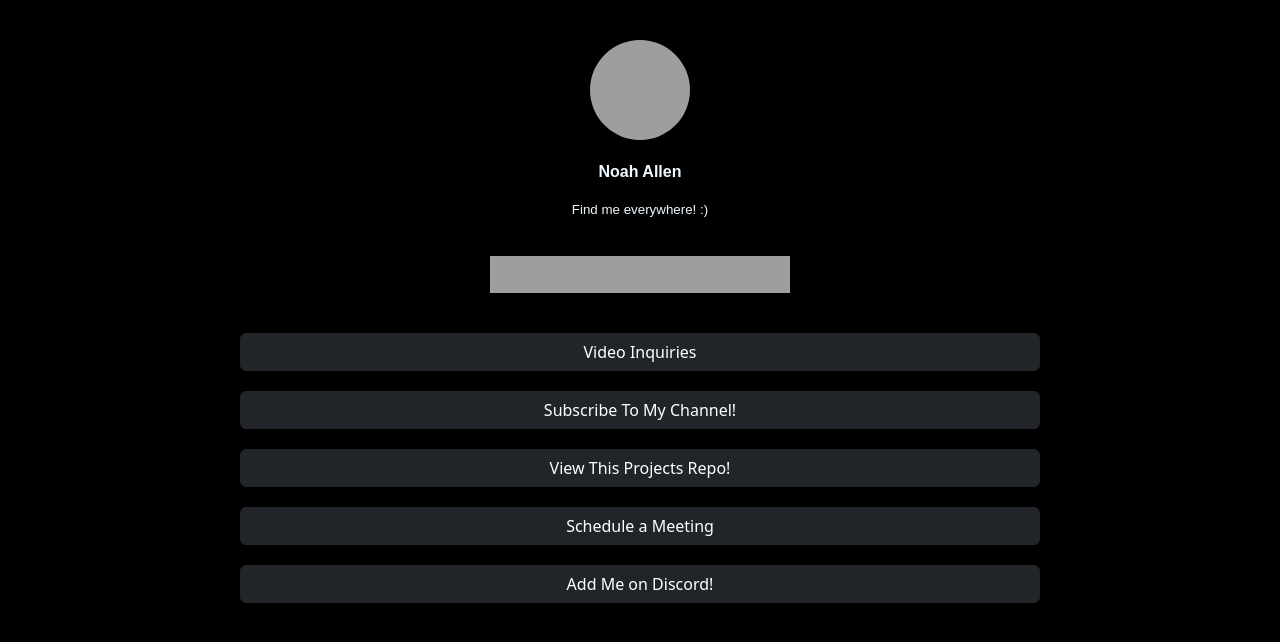
Repository: noahcallen/LAB-link-in-bio
Page: index.html
The author's editor kept a copy of each file at every save. The page is drawn from the files as they stood at one save, then again after the next save.
The browser window is 1280 px wide. The pictures show the whole page.
Pictures or frames that could not be fetched are drawn as grey boxes.

Above is the page before, as saved 2024-07-13 14:02:39.

### index.html
<!DOCTYPE html>
<html lang="en">
<head>
  <meta charset="UTF-8">
  <meta name="viewport" content="width=device-width, initial-scale=1.0">
  <title>Link In Bio</title>
  <link href="https://cdn.jsdelivr.net/npm/bootstrap@5.3.3/dist/css/bootstrap.min.css" rel="stylesheet" integrity="sha384-QWTKZyjpPEjISv5WaRU9OFeRpok6YctnYmDr5pNlyT2bRjXh0JMhjY6hW+ALEwIH" crossorigin="anonymous">
  <link rel="stylesheet" href="main.css">
</head>
<body>

  <div class="container">
      <img src="https://avatars.githubusercontent.com/u/136144179?v=4" class="card-img-top" >
      <!-- Text  -->
      <div class="name">
        <p>Noah Allen</p>
      </div>
      <div class="message">
        <p>Find me everywhere! :)</p>
      </div>
      <!-- End Text  -->

      <!-- Start Social Links -->
       <div class="socials">
        <img src="https://encrypted-tbn0.gstatic.com/images?q=tbn:ANd9GcR8ALE7oHkCVQW__BqksKPvfOMVRld6PdFwwkGmH8uDJ3YEy_ublWKWsEdTTQjP0spD8q0&usqp=CAU" alt="" width="50px" class="png">
        <img src="https://encrypted-tbn0.gstatic.com/images?q=tbn:ANd9GcSZE04GAOT6LgF5lVla1uWH3ayJ8zGBKlIE1A&s" alt="" width="50px" class="png">
        <img src="https://uxwing.com/wp-content/themes/uxwing/download/brands-and-social-media/youtube-app-white-icon.png" alt="" width="50px" class="png">
        <img src="https://uxwing.com/wp-content/themes/uxwing/download/brands-and-social-media/tiktok-round-white-icon.png" alt="" width="50px" class="png">
        <img src="https://encrypted-tbn0.gstatic.com/images?q=tbn:ANd9GcSdWgDleYaMDY3x_ejUUS-83F7dAkAAd9ucXQ&s" alt="" width="50px" class="png">
        <img src="https://static.vecteezy.com/system/resources/thumbnails/019/874/344/small/instagram-apps-icon-free-png.png" alt="" width="50px" class="png">

       </div>
    <div class="row">
      <div class="col">
        <button type="button" class="btn btn-dark">Video Inquiries</button>
        <button type="button" class="btn btn-dark">Subscribe To My Channel!</button>
        <button type="button" class="btn btn-dark">View This Projects Repo!</button>
        <button type="button" class="btn btn-dark">Schedule a Meeting</button>
        <button type="button" class="btn btn-dark">Add Me on Discord!</button>
      </div>
    </div>
  </div>






  <script src="main.js"></script>
  <script src="https://cdn.jsdelivr.net/npm/bootstrap@5.3.3/dist/js/bootstrap.bundle.min.js" integrity="sha384-YvpcrYf0tY3lHB60NNkmXc5s9fDVZLESaAA55NDzOxhy9GkcIdslK1eN7N6jIeHz" crossorigin="anonymous"></script>

</body>
</html>

### main.css
body {
  background-color:black;
}

.container {
  display: flex;
  flex-direction: column;
  align-items: center;
  padding: 40px;
}
.card-img-top {
  border-radius: 50%;
  height: 100px;
  width: 100px;
  margin-bottom: 20px;
}

.btn {
  display: flex;
  justify-content: space-around;
  text-align: center;
  margin: 20px;
  padding-left: 250px;
  padding-right: 250px;
  width: 800px;
}

.name {
  color: aliceblue;
  font-weight: bold;
  font-family: Arial, Helvetica, sans-serif;
}

.message {
  color: aliceblue;
  font-family: Arial, Helvetica, sans-serif;
  font-size: smaller;
}

.socials {
  display: flex;
  justify-content: center;
  padding-left: 25px;
  padding-right: 25px;
  margin: 20px;
}

Loaded but not shown: main.js (common file)

After the next save:
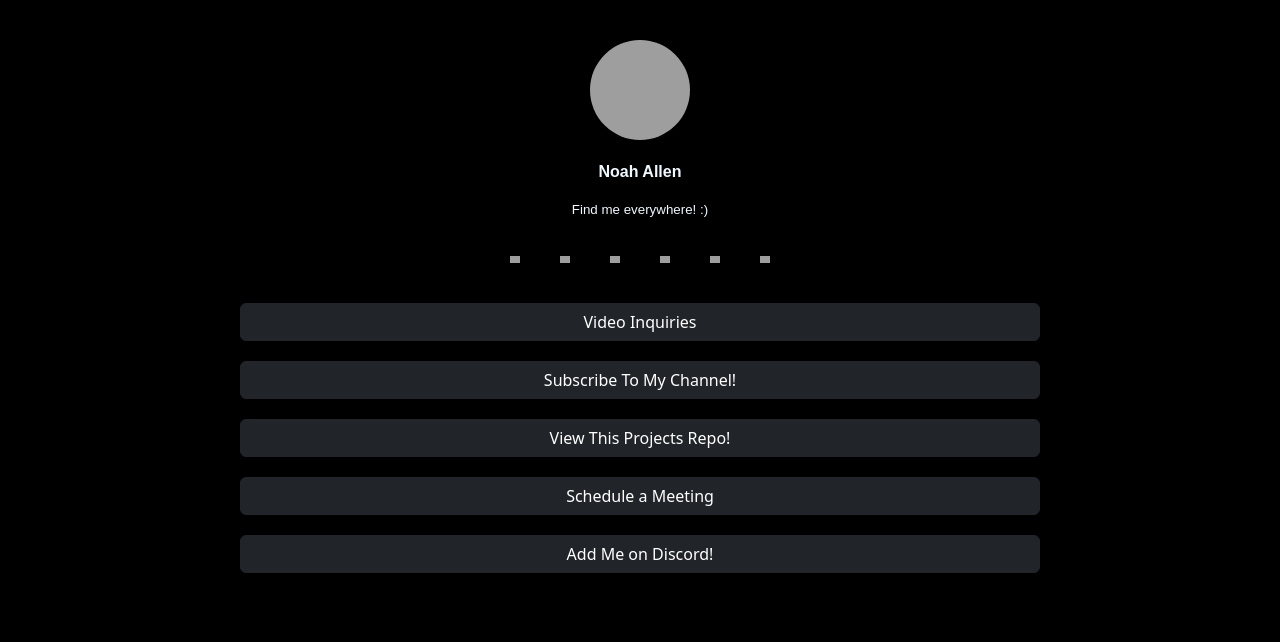
Saved 29 s later.
--- a/main.css
+++ b/main.css
@@ -44,3 +44,8 @@ body {
   padding-right: 25px;
   margin: 20px;
 }
+
+.png {
+  padding-left: 20px;
+  padding-right: 20px;
+}
